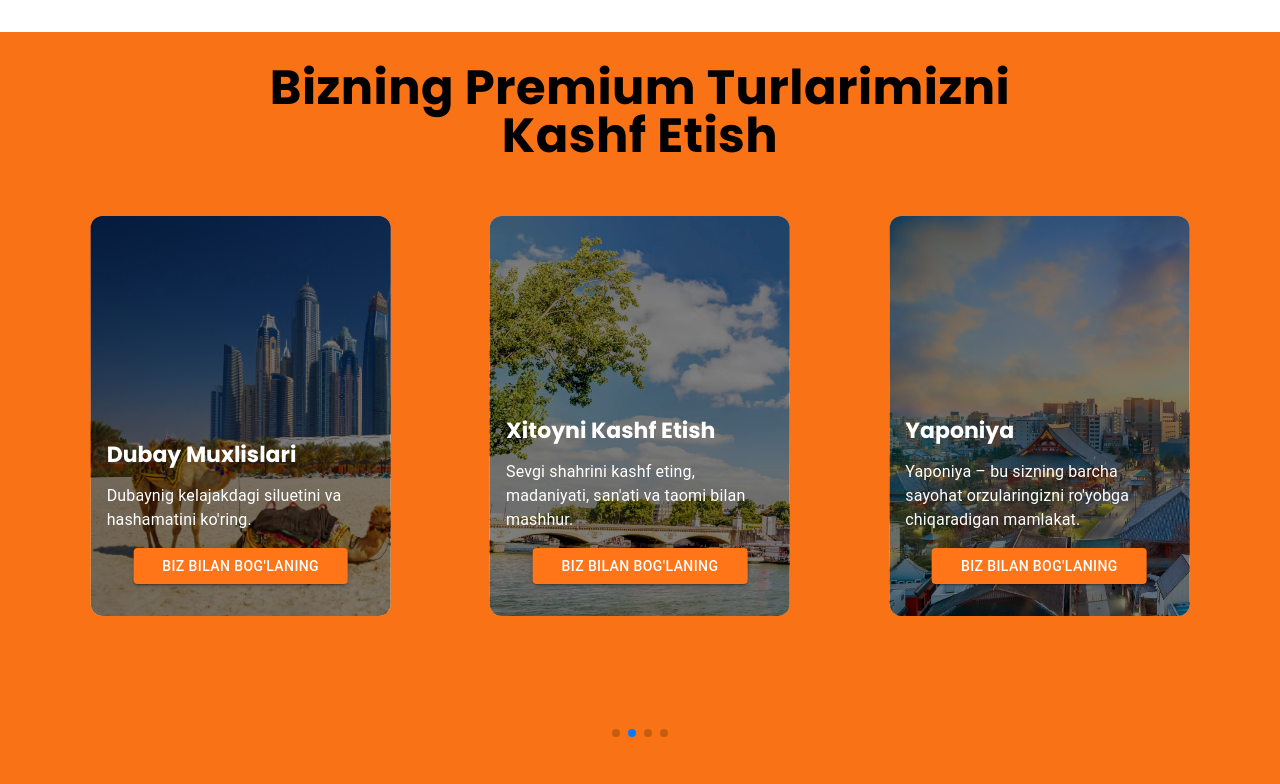
Repository: OgabekErkinov/i-am-tourist
Page: /
An editor plug-in stored every save of this project. The page is shown before and after the next save, followed by the edit.
The browser window is 1280 px wide. The pictures show the whole page.
The project was rebuilt for these pictures with package versions that can differ from the ones it lists, and the page was loaded fresh each time. Also part of the build but not shown: vite.config.js, src/components/navbar/LightDarkButton.jsx, src/I18/i18.js, src/components/navbar/languages/LanguageButton.jsx, src/components/navbar/NavbarItem.jsx, src/components/navbar/SocialNetworks.jsx, src/components/navbar/Logo.jsx, src/components/navbar/SectionsLinks.jsx and 7 more.

Above is the page before, as saved 2024-12-24 16:04:27.

After the next save:
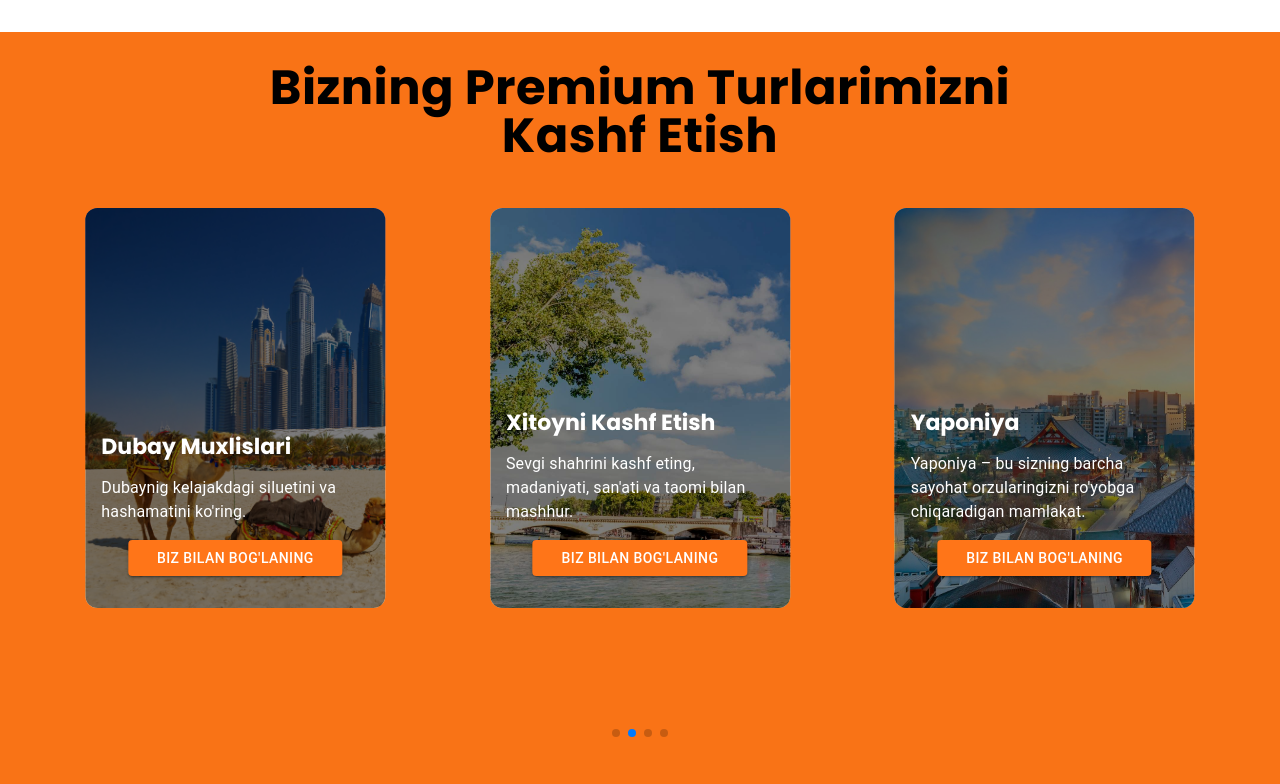
Saved 48 s later.
--- a/src/components/premium/PremiumTours.jsx
+++ b/src/components/premium/PremiumTours.jsx
@@ -58,7 +58,7 @@ const PremiumTours = () => {
                           style={{
                                width: '100%',
                                height: '100%',
-                               padding : '1.5rem',
+                               padding : '1rem',
                                display : 'flex',
                                justifyContent : 'center',
                                alignItems : 'center' }}
